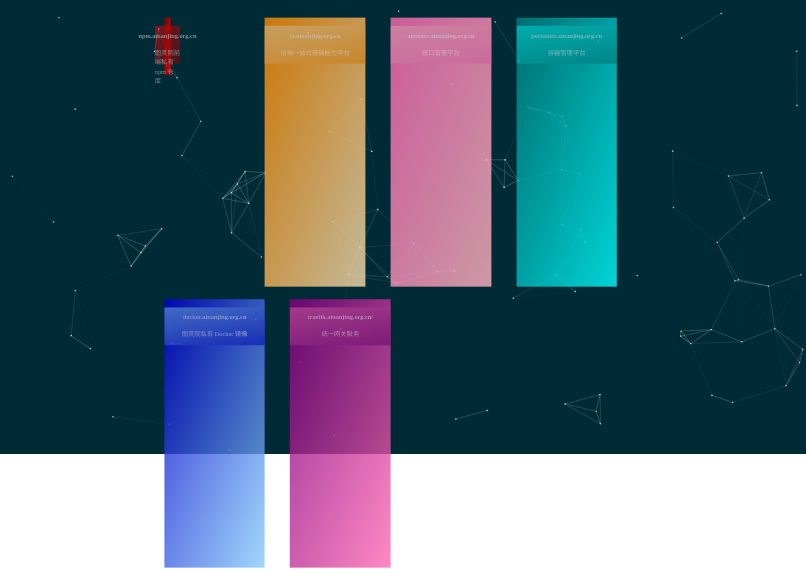
Repository: heweiwei1/portainer
Page: index.html
An editor plug-in stored every save of this project. The page is shown before and after the next save, followed by the edit.
The browser window is 1280 px wide. The pictures show the whole page, at 63% of full size.

Above is the page before, as saved 2021-04-14 14:11:10.

After the next save:
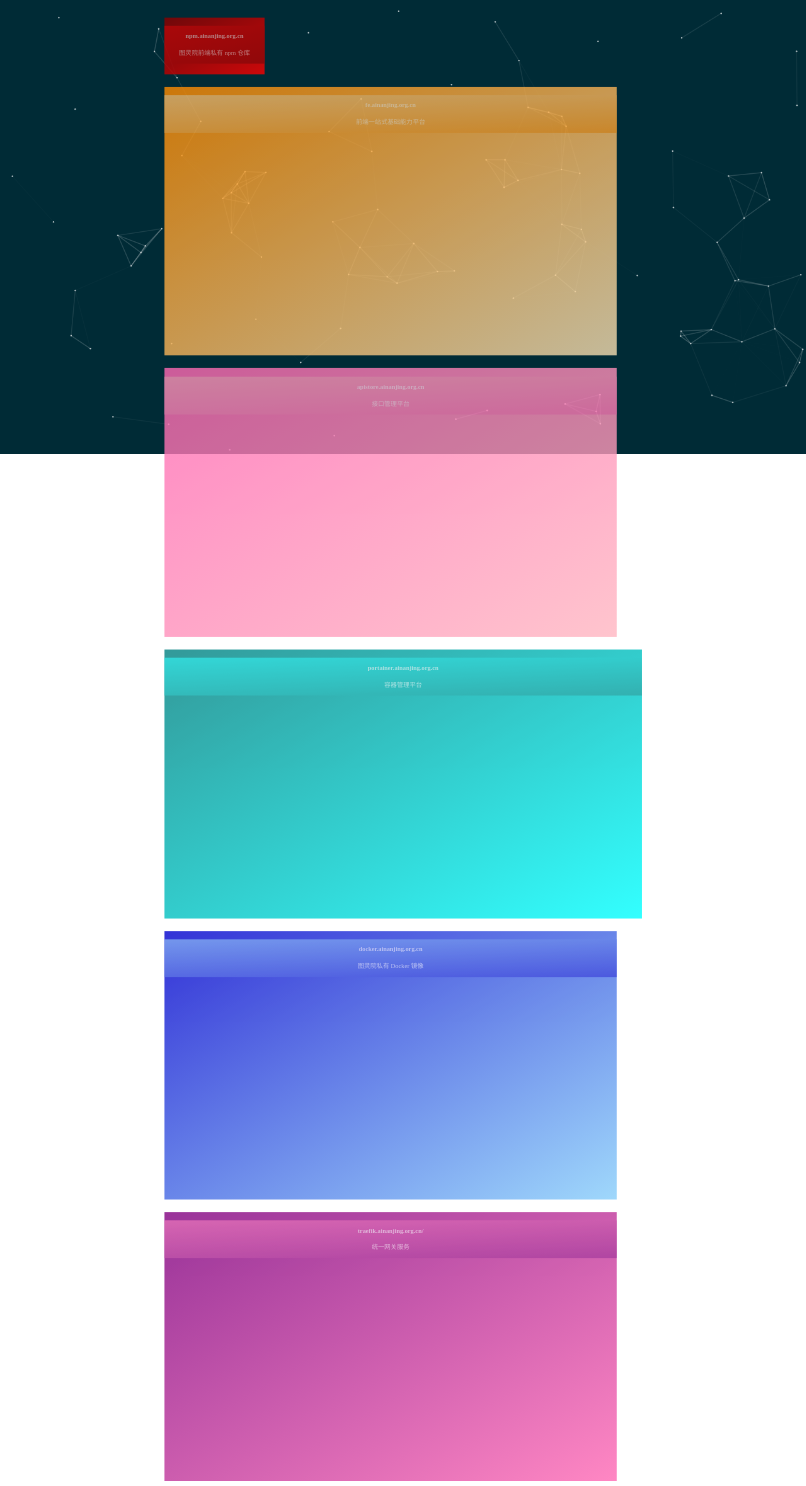
Saved 13 s later.
--- a/index.css
+++ b/index.css
@@ -17,7 +17,7 @@ a {
   display: flex;
   flex-direction: column;
   align-items: center;
-  width: calc((100% - 120px) / 4);
+  width: 100%;
   height: 0px;
   padding-bottom: 56.25%;
   margin-top: 20px;
